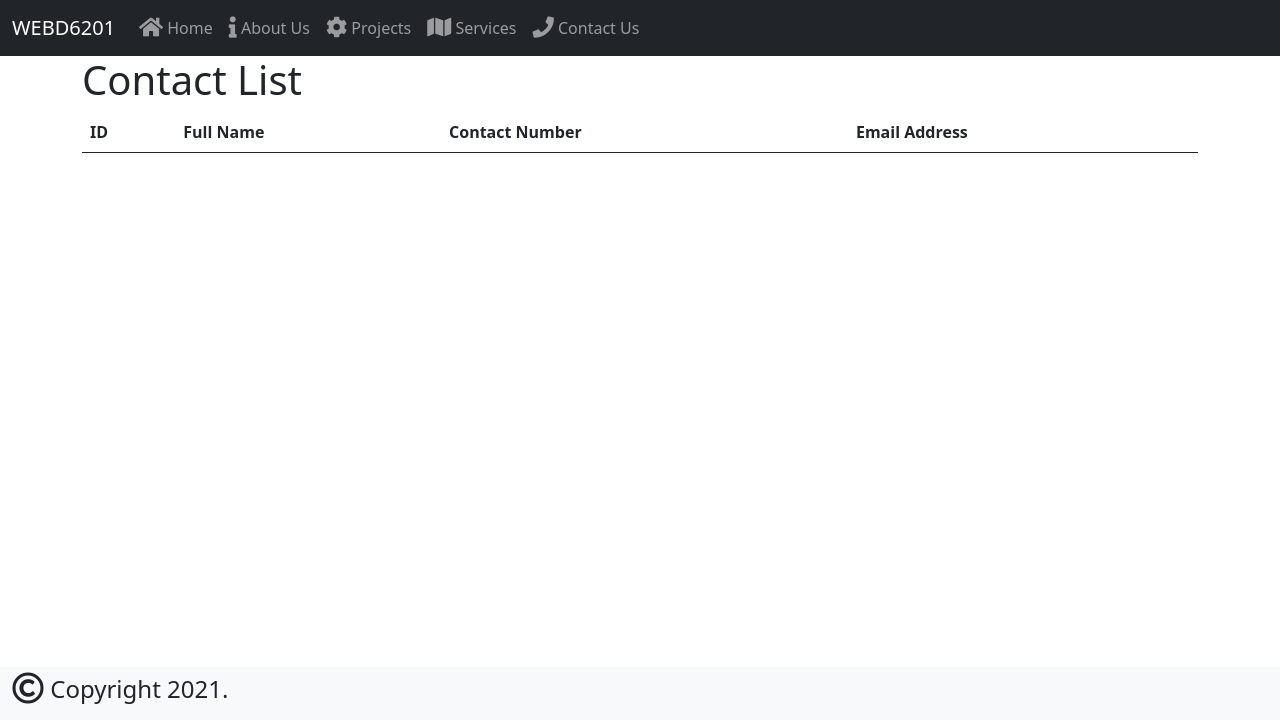
Repository: ahmedrizvi/WEB6201-W2021-ICE02
Page: contact-list.html
The author's editor kept a copy of each file at every save. The page is drawn from the files as they stood at one save, then again after the next save.
The browser window is 1280 px wide. The pictures show the whole page.

Above is the page before, as saved 2021-01-29 23:14:57.

### contact-list.html
<!DOCTYPE html>
<html lang="en">
<head>
    <meta charset="UTF-8">
    <meta name="viewport" content="width=device-width, initial-scale=1.0">
    <title>Contact List</title>
    <!-- CSS Section -->
    <link rel="stylesheet" href="./node_modules/bootstrap/dist/css/bootstrap.min.css">
    <link rel="stylesheet" href="./node_modules/@fortawesome/fontawesome-free/css/all.min.css">
    <link rel="stylesheet" href="./Content/app.css">
</head>
<body>
    <!-- Main Header -->
    <header>
        <!-- Main Navigation -->
        <nav class="navbar navbar-expand-lg navbar-dark bg-dark">
            <div class="container-fluid">
              <a class="navbar-brand" href="index.html">WEBD6201</a>
              <button class="navbar-toggler" type="button" data-bs-toggle="collapse" data-bs-target="#navbarSupportedContent" aria-controls="navbarSupportedContent" aria-expanded="false" aria-label="Toggle navigation">
                <span class="navbar-toggler-icon"></span>
              </button>
              <div class="collapse navbar-collapse" id="navbarSupportedContent">
                <ul class="navbar-nav me-auto mb-2 mb-lg-0">
                  <li class="nav-item">
                    <a class="nav-link" aria-current="page" href="index.html"><i class="fas fa-home fa-lg"></i> Home</a>
                  </li>

                  <li class="nav-item">
                    <a class="nav-link" aria-current="page" href="about.html"><i class="fas fa-info fa-lg"></i> About Us</a>
                  </li>

                  <li class="nav-item">
                    <a class="nav-link" aria-current="page" href="projects.html"><i class="fas fa-cog fa-lg"></i> Projects</a>
                  </li>

                  <li class="nav-item">
                    <a class="nav-link" aria-current="page" href="services.html"><i class="fas fa-map fa-lg"></i> Services</a>
                  </li>

                  <li class="nav-item">
                    <a class="nav-link" aria-current="page" href="contact.html"><i class="fas fa-phone fa-lg"></i> Contact Us</a>
                  </li>
                </ul>
              </div>
            </div>
          </nav>
    </header>

    <!-- Main Content -->
    <main class="container">
        <h1>Contact List</h1>

        <div class="row">
          <div class="col">
            <table class="table">
              <thead>
                <tr>
                  <th scope="col">ID</th>
                  <th scope="col">Full Name</th>
                  <th scope="col">Contact Number</th>
                  <th scope="col">Email Address</th>
                </tr>
              </thead>
              <tbody id="contactList">
              </tbody>
            </table>
          </div>
        </div>
    </main>

    <!-- Main Footer -->
    <footer>
        <nav class="navbar fixed-bottom navbar-light bg-light">
            <div class="container-fluid">
              <h4><i class="far fa-copyright fa-lg"></i> Copyright 2021.</h4>
            </div>
          </nav>
    </footer>

    <!-- Script Section-->
    <script src="./node_modules/jquery/dist/jquery.min.js"></script>
    <script src="./node_modules/bootstrap/dist/js/bootstrap.bundle.min.js"></script>
    <script src="./Scripts/contact.js"></script>
    <script src="./Scripts/app.js"></script>
</body>
</html>

### Scripts/contact.js
"use strict";

// Contact class
class Contact {
  // getters and setters
  get FullName() {
    return this.m_fullName;
  }
  set FullName(value) {
    this.m_fullName = value;
  }
  get ContactNumber() {
    return this.m_contactNumber;
  }
  set ContactNumber(value) {
    this.m_contactNumber = value;
  }
  get EmailAddress() {
    return this.m_emailAddress;
  }
  set EmailAddress(value) {
    this.m_emailAddress = value;
  }

  // constructor

  /**
   * @param {string} fullName
   * @param {string} contactNumber
   * @param {string} emailAddress
   */
  constructor(fullName = "", contactNumber = "", emailAddress = "")
  {
    this.FullName = fullName;
    this.ContactNumber = contactNumber;
    this.EmailAddress = emailAddress;
  }

  // methods

  /**
   * This method overrides the built-in toString method for the Contact class
   *
   * @returns {string}
   */
  toString() {
    return `Full Name      : ${this.FullName} \nContact Number : ${this.ContactNumber} \nEmail Address  : ${this.EmailAddress}`;
  }

  /**
   * This method returns a JSON object made up of the properties from the Contact class
   *
   * @return {Object}
   */
  toJSON(){
    return {
      "fullName": this.FullName,
      "contactNumber": this.ContactNumber,
      "emailAddress": this.EmailAddress
    }
  }

  /**
   * This method converts the Contact into a comma separated string
   *
   * @return {string}
   */
  serialize(){
    if(this.FullName !== "" && this.ContactNumber !== "" && this.EmailAddress !== ""){
      return `${this.FullName},${this.ContactNumber},${this.EmailAddress}`;
    }
    else{
      console.error("One or more of the Contact's properties is empty");
      return null;
    }

  }

  /**
   * This method takes a comma-separated data string and assigns the values to the
   * Contact class properties.
   *
   * @param {string} data
   * @returns {void}
   */
  deserialize(data){
    let propertyArray = data.split(",");
    this.FullName = propertyArray[0];
    this.ContactNumber = propertyArray[1];
    this.EmailAddress = propertyArray[2];
  }
}

### Scripts/app.js
/* custom JavaScript goes here */

//IIFE - Immediately Invoked Function Expression
//AKA - Anonymous Self-Executing Function
//Closure - limits scope leak

"use strict";

(function()
{
    function displayHome()
    {
        let paragraphOneText =
          "This is a simple site to demonstrate DOM Manipulation for ICE 1";

        let paragraphOneElement = document.getElementById("paragraphOne");

        paragraphOneElement.textContent = paragraphOneText;
        paragraphOneElement.className = "fs-5";

        // Step 1. document.createElement
        let newParagraph = document.createElement("p");
        // Step 2. configure the element
        newParagraph.setAttribute("id", "paragraphTwo");
        newParagraph.textContent = "...And this is paragraph two";
        // Step 3. select the parent element
        let mainContent = document.getElementsByTagName("main")[0];
        // Step 4. Add / Insert the element
        mainContent.appendChild(newParagraph);

        newParagraph.className = "fs-6";

        // another way of injecting content
        let paragraphDiv = document.createElement("div");
        let paragraphThree = `<p id="paragraphThree" class="fs-7 fw-bold">And this is the Third Paragraph</p>`;
        paragraphDiv.innerHTML = paragraphThree;

        // insertions

        // example of inserting before a node
        //newParagraph.before(paragraphDiv);

        // example of inserting after a node
        newParagraph.after(paragraphDiv);

        // deletions

        // example of removing a single element
        //paragraphOneElement.remove();

        // example of removeChild
        mainContent.removeChild(paragraphOneElement);

        // update / modification
        //mainContent.firstElementChild.textContent = "Welcome Home!";

        mainContent.innerHTML = `<h1 id="firstHeading">Welcome to WEBD6201 - Lab 1</h1>
         <p id="paragraphOne" class="fs-3 fw-bold">This is my first Paragraph</p>
        `;

    }

    function displayAbout()
    {

    }

    function displayProjects()
    {

    }

    function displayServices()
    {

    }

    function displayContact()
    {
        let messageArea = document.getElementById("messageArea");
        messageArea.hidden = true;

        // form validation
        let fullName = document.getElementById("fullName");
        fullName.addEventListener("blur", function() {
            if(fullName.value.length < 2)
            {
                fullName.focus();
                fullName.select();
                messageArea.hidden = false;
                messageArea.className = "alert alert-danger";
                messageArea.textContent = "Please enter an appropriate Name";
            }
            else
            {
                messageArea.removeAttribute("class");
                messageArea.hidden = true;
            }
        });

        let sendButton = document.getElementById("sendButton");
        sendButton.addEventListener("click", function(event){
            //event.preventDefault();

            let contact = new Contact(FullName.value, ContactNumber.value, EmailAddress.value);

            if (contact.serialize()){
              localStorage.setItem((localStorage.length + 1).toString(), contact.serialize());
            }

        });
    }

    function displayContactList(){

      if (localStorage.length > 0){
        let contactList = document.getElementById("contactList");

        let data ="";

        for (let index = 0; index < localStorage.length; index++) {

          let contactData = localStorage.getItem((index + 1).toString());

          let contact = new Contact();
          contact.deserialize(contactData);

          data += `<tr>
          <th scope="row">${index + 1}</th>
          <td>${contact.FullName}</td>
          <td>${contact.ContactNumber}</td>
          <td>${contact.emailAddress}</td>
        </tr>`;

        }
        contactList.innerHTML = data;
      }
    }

    function Start()
    {
        console.log("App Started...");

        switch (document.title)
        {
          case "Home":
              displayHome();
            break;
          case "About":
              displayAbout();
            break;
          case "Projects":
              displayProjects();
            break;
          case "Services":
              displayServices();
            break;
          case "Contact":
              displayContact();
            break;
            case "Contact-List":
              displayContactList();
            break;
        }

    }

    window.addEventListener("load", Start);

})();

Loaded but not shown: node_modules/bootstrap/dist/css/bootstrap.min.css (library); node_modules/@fortawesome/fontawesome-free/css/all.min.css (library); Content/app.css (common file); node_modules/jquery/dist/jquery.min.js (library); node_modules/bootstrap/dist/js/bootstrap.bundle.min.js (library)

After the next save:
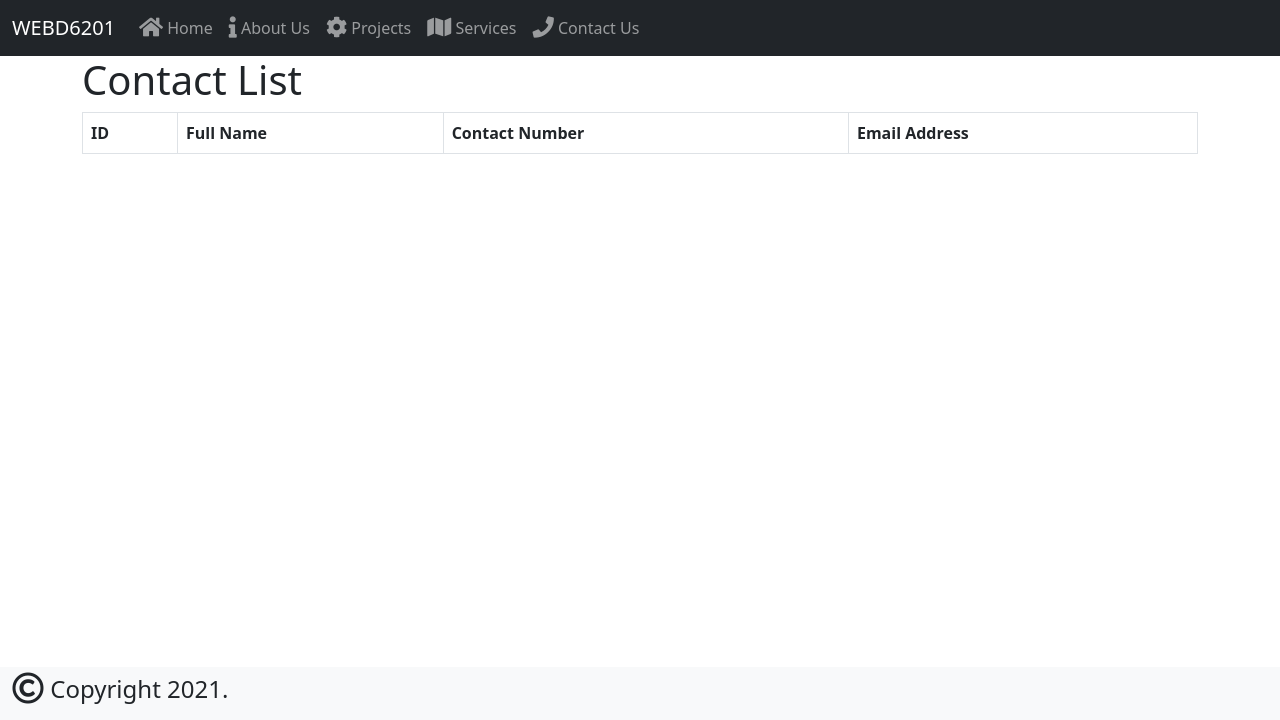
Saved 3 min 20 s later.
--- a/contact-list.html
+++ b/contact-list.html
@@ -52,7 +52,7 @@
 
         <div class="row">
           <div class="col">
-            <table class="table">
+            <table class="table table-striped table-bordered table-hover">
               <thead>
                 <tr>
                   <th scope="col">ID</th>
